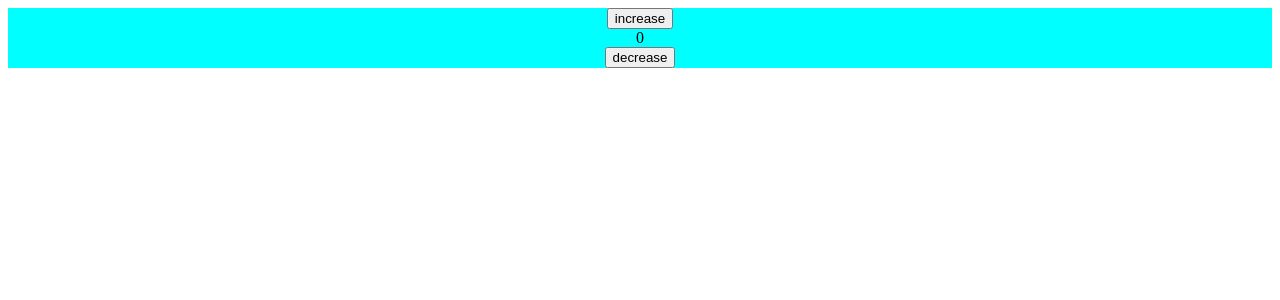
Repository: Samkiroko/react-hooks
Page: /
An editor plug-in stored every save of this project. The page is shown before and after the next save, followed by the edit.
The browser window is 1280 px wide. The pictures show the whole page.
The project was rebuilt for these pictures with package versions that can differ from the ones it lists, and the page was loaded fresh each time.

Above is the page before, as saved 2021-08-22 20:54:12.

### src/index.css
.counter {
    display: flex;
    flex-direction: column;
    background-color: aqua;
    align-items: center;
}

### src/App.js
import Usestate from './components/usestate/Usestate'

function App() {
  return (
    <div className='App'>
      <Usestate />
    </div>
  )
}

export default App

### src/components/usestate/Usestate.js
import React, { useState } from 'react'

const Usestate = () => {
  const [count, setCount] = useState(0)
  const increase = () => {
    setCount(count + 1)
  }
  const decrease = () => {
    setCount(count - 1)
  }
  return (
    <div>
      <div className='counter'>
        <button onClick={increase}>increase</button>
        {count}
        <button onClick={decrease}>decrease</button>
      </div>
    </div>
  )
}

export default Usestate

### src/components/usestate/Usestate2.js
import React from 'react'

const Usestate2 = () => {
  return (
    <div className='counter'>
      <input type='text' placeholder='enter something....' />
    </div>
  )
}

export default Usestate2

Loaded but not shown: public/index.html (common file); src/index.js (common file)

After the next save:
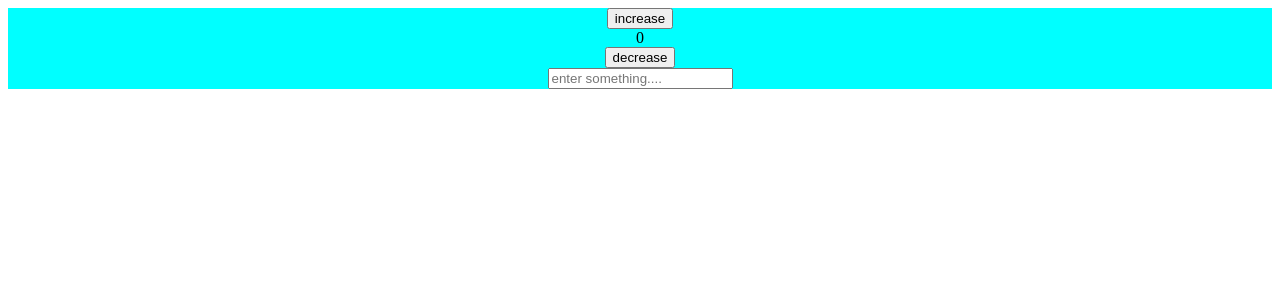
Saved 27 s later.
--- a/src/App.js
+++ b/src/App.js
@@ -1,9 +1,11 @@
 import Usestate from './components/usestate/Usestate'
+import Usestate2 from './components/usestate/Usestate2'
 
 function App() {
   return (
     <div className='App'>
       <Usestate />
+      <Usestate2 />
     </div>
   )
 }
